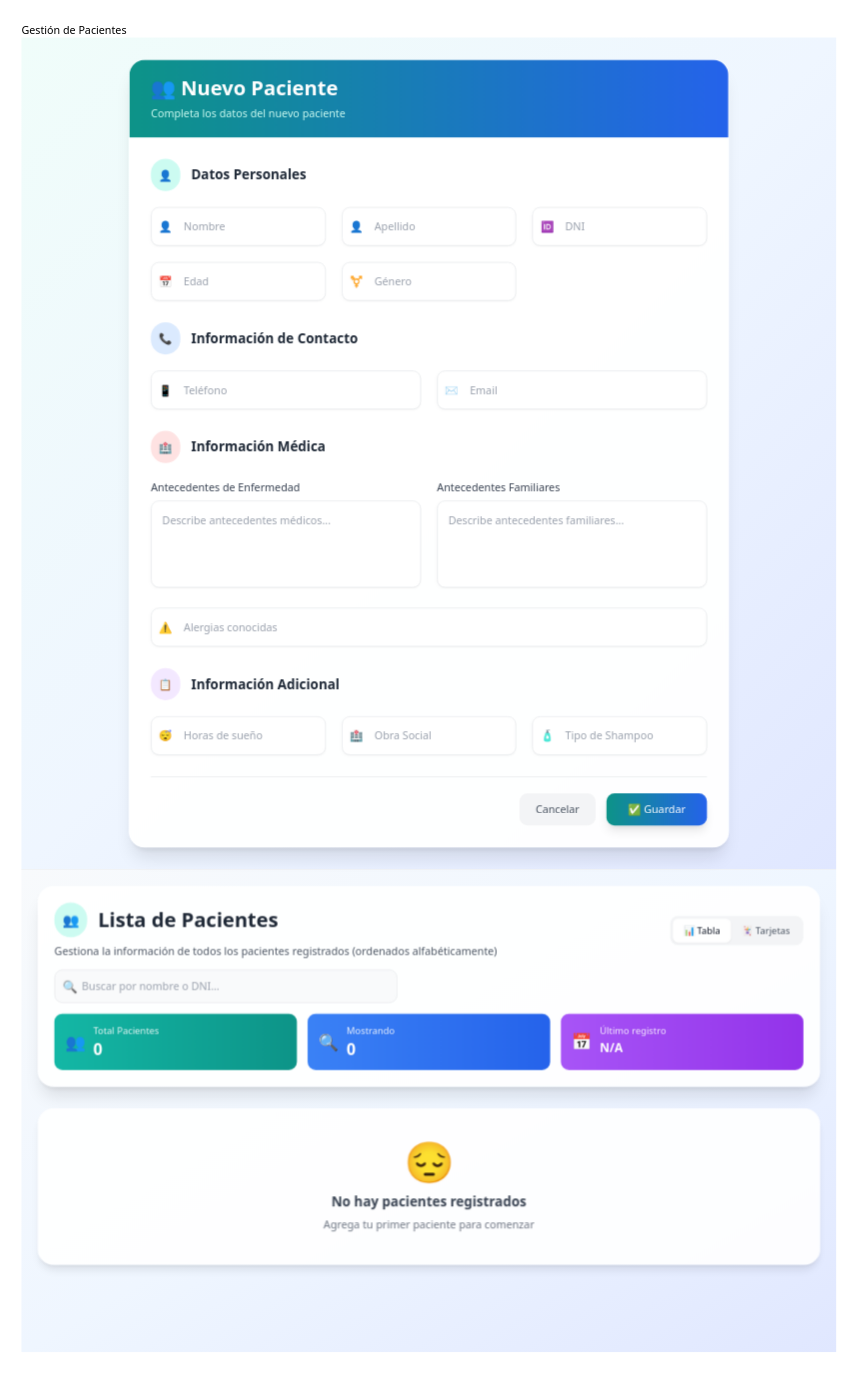
Repository: manucavallera/ConsultorioA
Page: /pacientes (app in frontend/)
The author's editor kept a copy of each file at every save. The page is drawn from the files as they stood at one save, then again after the next save.
The browser window is 1280 px wide. The pictures show the whole page, at 67% of full size.
The page's requests for data from a server got no answer. The project was rebuilt for these pictures with package versions that can differ from the ones it lists, and the page was loaded fresh each time. No one was signed in, and anything a server would have sent is missing. Also part of the build but not shown: frontend/vite.config.js, frontend/src/Home.jsx, frontend/src/components/PatientHistoryForm.jsx, frontend/src/components/RegistroTratamiento.jsx, frontend/src/components/Citas.jsx, frontend/src/components/SolicitudAnalisis.jsx, frontend/src/components/SubirEstudiosAnalisis.jsx, frontend/src/components/FotoAntesDespues.jsx.

Above is the page before, as saved 2025-08-07 09:09:26.

### frontend/src/App.jsx
import { BrowserRouter as Router, Routes, Route } from "react-router-dom";
import Home from "./Home";
import PacienteForm from "./components/PacientForm";
import PacienteList from "./components/PacientList";
import PatientHistoryForm from "./components/PatientHistoryForm";
import RegistroTratamiento from "./components/RegistroTratamiento";
import CitasDashboard from "./components/Citas";
// ❌ ELIMINAR: import PagosDashboard from "./components/PagosDashboard";
import { useState, useCallback } from "react"; // ← AGREGADO useCallback
import SolicitudesPaciente from "./components/SolicitudAnalisis";
import SubirEstudiosAnalisis from "./components/SubirEstudiosAnalisis";
import FotosAntesDepues from "./components/FotoAntesDespues";

function App() {
  const [pacientes, setPacientes] = useState([]);
  const [pacienteEditando, setPacienteEditando] = useState(null);

  // ✅ FIX: useCallback evita que la función se recree en cada render
  const handlePacienteSubmit = useCallback((paciente, accion) => {
    if (accion === "creado") {
      setPacientes((prev) => [...prev, paciente]);
    } else if (accion === "editado") {
      setPacientes((prev) =>
        prev.map((p) => (p._id === paciente._id ? paciente : p))
      );
      setPacienteEditando(null);
    }
  }, []); // ← Sin dependencias porque usa solo setPacientes

  // ✅ FIX: useCallback para el handler de edición también
  const handleEditPaciente = useCallback((paciente) => {
    setPacienteEditando(paciente);
  }, []);

  return (
    <Router>
      <Routes>
        <Route path='/' element={<Home />} />
        <Route
          path='/pacientes'
          element={
            <div style={{ padding: "2rem" }}>
              <h2>Gestión de Pacientes</h2>
              <PacienteForm
                key={pacienteEditando?._id || "new-paciente"} // ✅ FIX: Key dinámico estable
                onPacienteSubmit={handlePacienteSubmit}
                pacienteEditando={pacienteEditando}
              />
              <hr />
              <PacienteList
                pacientes={pacientes}
                setPacientes={setPacientes}
                onEditPaciente={handleEditPaciente} // ✅ FIX: Función estable
              />
            </div>
          }
        />
        <Route path='/historial/:pacienteId' element={<PatientHistoryForm />} />
        <Route
          path='/tratamientos/:pacienteId'
          element={<RegistroTratamiento />}
        />
        <Route
          path='/pacientes/:pacienteId/solicitudes'
          element={<SolicitudesPaciente />}
        />
        <Route
          path='/pacientes/:pacienteId/solicitudes/:solicitudId/estudios'
          element={<SubirEstudiosAnalisis />}
        />

        {/* 🎯 CITAS CON PAGOS INTEGRADOS */}
        <Route
          path='/pacientes/:pacienteId/citas'
          element={<CitasDashboard />}
        />

        {/* 🗑️ ELIMINAR TODAS ESTAS RUTAS DE PAGOS */}
        {/* <Route path='/pagos' element={<PagosDashboard />} /> */}
        {/* <Route path='/pacientes/:pacienteId/pagos' element={<PagosDashboard />} /> */}
        {/* <Route path='/citas/:citaId/pago' element={<PagosDashboard />} /> */}

        {/* RUTA PARA FOTOS ANTES/DESPUÉS */}
        <Route
          path='/pacientes/:pacienteId/fotos'
          element={<FotosAntesDepues />}
        />
      </Routes>
    </Router>
  );
}

export default App;

### frontend/src/components/PacientForm.jsx
import { useState, useEffect, useCallback } from "react"; // ← AGREGAR useCallback

export default function PacienteForm({ onPacienteSubmit, pacienteEditando }) {
  const [formData, setFormData] = useState({
    nombre: "",
    apellido: "",
    dni: "",
    telefono: "",
    email: "",
    genero: "",
    edad: "",
    antecedentesEnfermedad: "",
    antecedentesFamiliares: "",
    alergias: "",
    horasSueno: "",
    obraSocial: "",
    tipoShampoo: "",
  });

  const [isSubmitting, setIsSubmitting] = useState(false);
  const [currentStep, setCurrentStep] = useState(1);

  const API_URL = import.meta.env.VITE_API_URL || "http://localhost:5000";

  useEffect(() => {
    if (pacienteEditando) {
      setFormData({
        nombre: pacienteEditando.nombre || "",
        apellido: pacienteEditando.apellido || "",
        dni: pacienteEditando.dni || "",
        telefono: pacienteEditando.telefono || "",
        email: pacienteEditando.email || "",
        genero: pacienteEditando.genero || "",
        edad: pacienteEditando.edad || "",
        antecedentesEnfermedad: pacienteEditando.antecedentesEnfermedad || "",
        antecedentesFamiliares: pacienteEditando.antecedentesFamiliares || "",
        alergias: pacienteEditando.alergias || "",
        horasSueno: pacienteEditando.horasSueno || "",
        obraSocial: pacienteEditando.obraSocial || "",
        tipoShampoo: pacienteEditando.tipoShampoo || "",
      });
    }
  }, [pacienteEditando]);

  // ✅ FIX DEFINITIVO: Memoizar handleChange
  const handleChange = useCallback((e) => {
    const { name, value } = e.target;
    setFormData((prev) => ({ ...prev, [name]: value }));
  }, []); // ← Sin dependencias porque usa función updater

  const handleSubmit = async (e) => {
    e.preventDefault();
    setIsSubmitting(true);

    try {
      const url = pacienteEditando
        ? `${API_URL}/pacientes/${pacienteEditando._id}`
        : `${API_URL}/pacientes`;

      const method = pacienteEditando ? "PUT" : "POST";

      const res = await fetch(url, {
        method,
        headers: { "Content-Type": "application/json" },
        body: JSON.stringify(formData),
      });

      const data = await res.json();
      onPacienteSubmit(data, pacienteEditando ? "editado" : "creado");

      if (!pacienteEditando) {
        setFormData({
          nombre: "",
          apellido: "",
          dni: "",
          telefono: "",
          email: "",
          genero: "",
          edad: "",
          antecedentesEnfermedad: "",
          antecedentesFamiliares: "",
          alergias: "",
          horasSueno: "",
          obraSocial: "",
          tipoShampoo: "",
        });
      }
    } catch (err) {
      console.error("Error al guardar paciente:", err);
    } finally {
      setIsSubmitting(false);
    }
  };

  const InputField = ({
    name,
    placeholder,
    type = "text",
    required = false,
    icon,
    min,
    className = "",
  }) => (
    <div className={`relative ${className}`}>
      {icon && (
        <div className='absolute inset-y-0 left-0 pl-3 flex items-center pointer-events-none z-10'>
          <span className='text-gray-400 text-sm sm:text-base'>{icon}</span>
        </div>
      )}
      <input
        type={type}
        name={name}
        placeholder={placeholder}
        value={formData[name] || ""}
        onChange={handleChange}
        required={required}
        min={min}
        className={`w-full ${
          icon ? "pl-10 sm:pl-12" : "pl-3 sm:pl-4"
        } pr-3 sm:pr-4 py-3 sm:py-4 border border-gray-200 rounded-xl
          focus:ring-2 focus:ring-teal-500 focus:border-transparent transition-all duration-200
          bg-white hover:border-gray-300 placeholder-gray-400 text-gray-700
          shadow-sm hover:shadow-md text-sm sm:text-base`}
      />
    </div>
  );

  const TextAreaField = ({ name, placeholder, label, rows = 3 }) => (
    <div>
      <label className='block text-sm sm:text-base font-medium text-gray-700 mb-2'>
        {label}
      </label>
      <textarea
        name={name}
        placeholder={placeholder}
        value={formData[name] || ""}
        onChange={handleChange}
        rows={rows}
        className='w-full px-3 sm:px-4 py-3 sm:py-4 border border-gray-200 rounded-xl
          focus:ring-2 focus:ring-teal-500 focus:border-transparent transition-all duration-200
          bg-white hover:border-gray-300 placeholder-gray-400 text-gray-700
          shadow-sm hover:shadow-md resize-none text-sm sm:text-base'
      />
    </div>
  );

  const SectionHeader = ({ icon, title, bgColor, textColor }) => (
    <h3 className='text-lg sm:text-xl font-semibold text-gray-800 mb-4 sm:mb-6 flex items-center'>
      <span
        className={`${bgColor} ${textColor} rounded-full p-2 sm:p-3 mr-3 sm:mr-4 text-sm sm:text-base`}
      >
        {icon}
      </span>
      {title}
    </h3>
  );

  // Stepper para móvil
  const StepIndicator = () => (
    <div className='flex justify-center mb-6 sm:mb-8 md:hidden'>
      <div className='flex space-x-2'>
        {[1, 2, 3, 4].map((step) => (
          <div
            key={step}
            className={`w-8 h-8 rounded-full flex items-center justify-center text-xs font-bold transition-all ${
              step === currentStep
                ? "bg-teal-600 text-white"
                : step < currentStep
                ? "bg-green-500 text-white"
                : "bg-gray-200 text-gray-600"
            }`}
          >
            {step < currentStep ? "✓" : step}
          </div>
        ))}
      </div>
    </div>
  );

  // Navegación del stepper
  const StepNavigation = () => (
    <div className='flex justify-between mt-6 md:hidden'>
      <button
        type='button'
        onClick={() => setCurrentStep(Math.max(1, currentStep - 1))}
        disabled={currentStep === 1}
        className='px-4 py-2 text-gray-600 bg-gray-100 rounded-lg hover:bg-gray-200
          disabled:opacity-50 disabled:cursor-not-allowed transition-all text-sm'
      >
        ← Anterior
      </button>

      {currentStep < 4 ? (
        <button
          type='button'
          onClick={() => setCurrentStep(Math.min(4, currentStep + 1))}
          className='px-4 py-2 bg-teal-600 text-white rounded-lg hover:bg-teal-700 transition-all text-sm'
        >
          Siguiente →
        </button>
      ) : (
        <button
          type='submit'
          disabled={isSubmitting}
          className='px-6 py-2 bg-gradient-to-r from-teal-600 to-blue-600 text-white
            rounded-lg hover:from-teal-700 hover:to-blue-700 transition-all
            disabled:opacity-50 disabled:cursor-not-allowed text-sm font-medium'
        >
          {isSubmitting
            ? "⏳ Guardando..."
            : pacienteEditando
            ? "💾 Actualizar"
            : "✅ Guardar"}
        </button>
      )}
    </div>
  );

  return (
    <div className='min-h-screen bg-gradient-to-br from-teal-50 via-blue-50 to-indigo-100 py-4 sm:py-8 px-4'>
      <div className='max-w-4xl mx-auto'>
        <div className='bg-white/95 backdrop-blur-sm rounded-2xl sm:rounded-3xl shadow-xl overflow-hidden border border-white/20'>
          {/* Header */}
          <div className='bg-gradient-to-r from-teal-600 to-blue-600 px-4 sm:px-8 py-4 sm:py-6'>
            <h2 className='text-2xl sm:text-3xl font-bold text-white'>
              {pacienteEditando ? "✏️ Editar Paciente" : "👥 Nuevo Paciente"}
            </h2>
            <p className='text-teal-100 mt-1 sm:mt-2 text-sm sm:text-base'>
              {pacienteEditando
                ? "Actualiza la información del paciente"
                : "Completa los datos del nuevo paciente"}
            </p>
          </div>

          {/* Progress indicator */}
          <StepIndicator />

          {/* Form */}
          <form onSubmit={handleSubmit} className='p-4 sm:p-8'>
            {/* Step 1: Datos Personales - Siempre visible en desktop, condicional en móvil */}
            <div
              className={`${currentStep !== 1 ? "hidden md:block" : ""} mb-8`}
            >
              <SectionHeader
                icon='👤'
                title='Datos Personales'
                bgColor='bg-teal-100'
                textColor='text-teal-600'
              />

              <div className='grid grid-cols-1 sm:grid-cols-2 lg:grid-cols-3 gap-4 sm:gap-6'>
                <InputField
                  name='nombre'
                  placeholder='Nombre'
                  required
                  icon='👤'
                  className='sm:col-span-1'
                />
                <InputField
                  name='apellido'
                  placeholder='Apellido'
                  required
                  icon='👤'
                  className='sm:col-span-1'
                />
                <InputField
                  name='dni'
                  placeholder='DNI'
                  required
                  icon='🆔'
                  className='sm:col-span-1 lg:col-span-1'
                />
                <InputField
                  name='edad'
                  placeholder='Edad'
                  type='number'
                  min='0'
                  icon='📅'
                  className='sm:col-span-1'
                />
                <InputField
                  name='genero'
                  placeholder='Género'
                  icon='⚧'
                  className='sm:col-span-1'
                />
              </div>
            </div>

            {/* Step 2: Contacto */}
            <div
              className={`${currentStep !== 2 ? "hidden md:block" : ""} mb-8`}
            >
              <SectionHeader
                icon='📞'
                title='Información de Contacto'
                bgColor='bg-blue-100'
                textColor='text-blue-600'
              />

              <div className='grid grid-cols-1 sm:grid-cols-2 gap-4 sm:gap-6'>
                <InputField name='telefono' placeholder='Teléfono' icon='📱' />
                <InputField
                  name='email'
                  placeholder='Email'
                  type='email'
                  icon='✉️'
                />
              </div>
            </div>

            {/* Step 3: Información Médica */}
            <div
              className={`${currentStep !== 3 ? "hidden md:block" : ""} mb-8`}
            >
              <SectionHeader
                icon='🏥'
                title='Información Médica'
                bgColor='bg-red-100'
                textColor='text-red-600'
              />

              <div className='space-y-4 sm:space-y-6'>
                <div className='grid grid-cols-1 lg:grid-cols-2 gap-4 sm:gap-6'>
                  <TextAreaField
                    name='antecedentesEnfermedad'
                    placeholder='Describe antecedentes médicos...'
                    label='Antecedentes de Enfermedad'
                    rows={4}
                  />
                  <TextAreaField
                    name='antecedentesFamiliares'
                    placeholder='Describe antecedentes familiares...'
                    label='Antecedentes Familiares'
                    rows={4}
                  />
                </div>
                <InputField
                  name='alergias'
                  placeholder='Alergias conocidas'
                  icon='⚠️'
                />
              </div>
            </div>

            {/* Step 4: Información Adicional */}
            <div
              className={`${currentStep !== 4 ? "hidden md:block" : ""} mb-8`}
            >
              <SectionHeader
                icon='📋'
                title='Información Adicional'
                bgColor='bg-purple-100'
                textColor='text-purple-600'
              />

              <div className='grid grid-cols-1 sm:grid-cols-2 lg:grid-cols-3 gap-4 sm:gap-6'>
                <InputField
                  name='horasSueno'
                  placeholder='Horas de sueño'
                  type='number'
                  min='0'
                  max='24'
                  icon='😴'
                />
                <InputField
                  name='obraSocial'
                  placeholder='Obra Social'
                  icon='🏥'
                />
                <InputField
                  name='tipoShampoo'
                  placeholder='Tipo de Shampoo'
                  icon='🧴'
                />
              </div>
            </div>

            {/* Mobile Step Navigation */}
            <StepNavigation />

            {/* Desktop Submit Buttons */}
            <div className='hidden md:flex justify-end space-x-4 mt-8 pt-6 border-t border-gray-200'>
              <button
                type='button'
                className='px-6 py-3 text-gray-600 bg-gray-100 rounded-xl hover:bg-gray-200
                  transition-all duration-200 font-medium'
                onClick={() => window.history.back()}
              >
                Cancelar
              </button>
              <button
                type='submit'
                disabled={isSubmitting}
                className='px-8 py-3 bg-gradient-to-r from-teal-600 to-blue-600 text-white
                  rounded-xl hover:from-teal-700 hover:to-blue-700 transition-all duration-200
                  font-medium shadow-lg hover:shadow-xl transform hover:-translate-y-0.5
                  flex items-center space-x-2 disabled:opacity-50 disabled:cursor-not-allowed
                  disabled:transform-none'
              >
                <span>
                  {isSubmitting
                    ? "⏳ Guardando..."
                    : pacienteEditando
                    ? "💾 Actualizar"
                    : "✅ Guardar"}
                </span>
              </button>
            </div>
          </form>
        </div>

        {/* Form Progress Summary - Solo móvil */}
        <div className='md:hidden mt-4 bg-white/80 backdrop-blur-sm rounded-xl p-4 border border-white/20'>
          <div className='text-center text-sm text-gray-600'>
            <p>Paso {currentStep} de 4</p>
            <div className='w-full bg-gray-200 rounded-full h-2 mt-2'>
              <div
                className='bg-teal-600 h-2 rounded-full transition-all duration-300'
                style={{ width: `${(currentStep / 4) * 100}%` }}
              ></div>
            </div>
          </div>
        </div>
      </div>
    </div>
  );
}

Loaded but not shown: frontend/index.html (common file); frontend/src/main.jsx (common file); frontend/src/index.css (common file); frontend/tailwind.config.js (common file); frontend/src/components/PacientList.jsx (691 lines, source omitted)

After the next save:
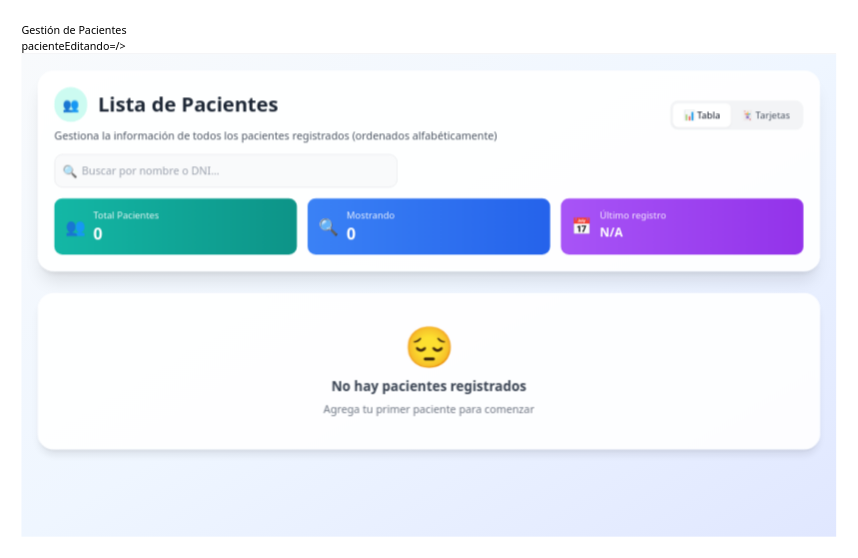
Saved 6 min 13 s later.
--- a/frontend/src/App.jsx
+++ b/frontend/src/App.jsx
@@ -41,10 +41,8 @@ function App() {
           element={
             <div style={{ padding: "2rem" }}>
               <h2>Gestión de Pacientes</h2>
-              <PacienteForm
-                key={pacienteEditando?._id || "new-paciente"} // ✅ FIX: Key dinámico estable
-                onPacienteSubmit={handlePacienteSubmit}
-                pacienteEditando={pacienteEditando}
+              {handlePacienteSubmit}
+              pacienteEditando={pacienteEditando}
               />
               <hr />
               <PacienteList
